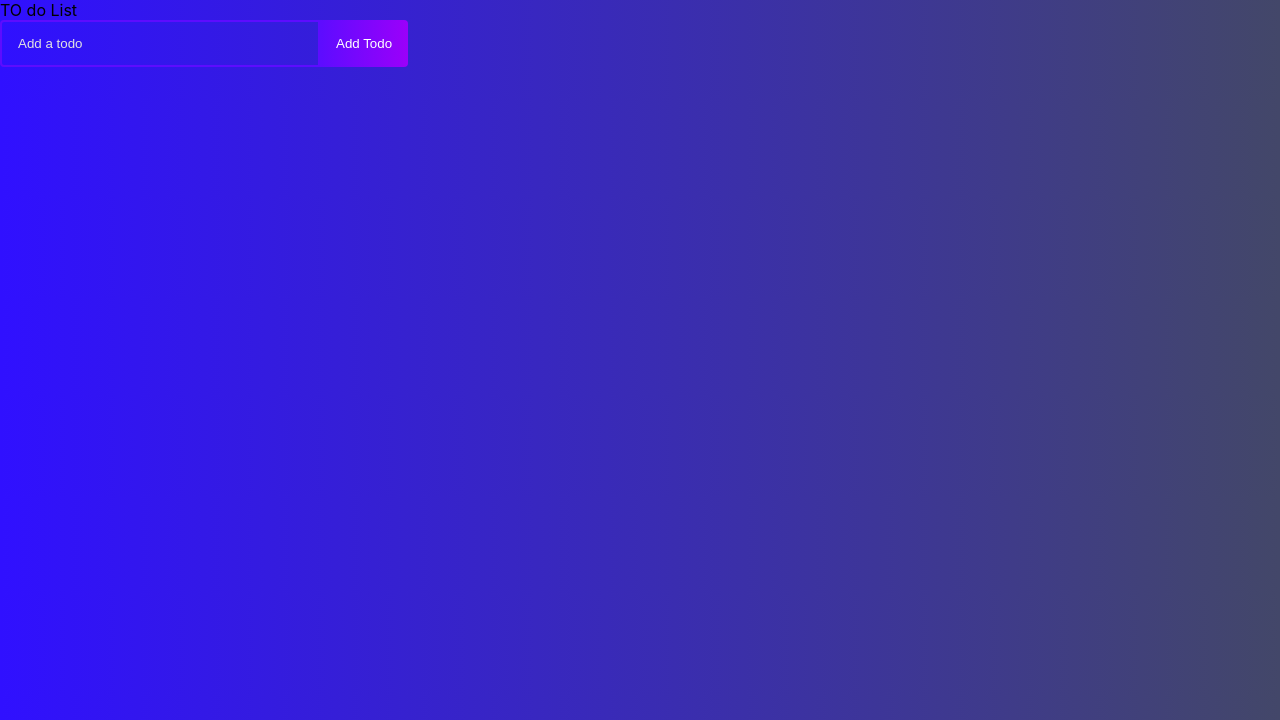
Repository: kirangautam45/ToDoList
Page: /
These files come from the project's save history. The page is drawn as it stood at one moment and after the next save; the edit follows.
The browser window is 1280 px wide. The pictures show the whole page.
The project was rebuilt for these pictures with package versions that can differ from the ones it lists, and the page was loaded fresh each time. Also part of the build but not shown: src/Todo.js.

Above is the page before, as saved 2022-08-06 08:53:26.

### src/App.js
import React, { useState } from "react";
import TodoForm from "./TodoForm";

import Todo from "./Todo";
function App() {
  const [todos, setTodos] = useState([]);

  const addTodo = (todo) => {
    const newTodos = [todo, ...todos];

    setTodos(newTodos);
    console.log(...todos);
  };

  const updateTodo = (todoId, newValue) => {
    setTodos((prev) =>
      prev.map((item) => (item.id === todoId ? newValue : item))
    );
  };

  const removeTodo = (id) => {
    const removedArr = [...todos].filter((todo) => todo.id !== id);

    setTodos(removedArr);
  };

  const completeTodo = (id) => {
    let updatedTodos = todos.map((todo) => {
      if (todo.id === id) {
        todo.isComplete = !todo.isComplete;
      }
      return todo;
    });
    setTodos(updatedTodos);
  };
  return (
    <div>
      <h>TO do List</h>
      <TodoForm onSubmit={addTodo} />
      <Todo
        todos={todos}
        completeTodo={completeTodo}
        removeTodo={removeTodo}
        updateTodo={updateTodo}
      />
    </div>
  );
}

export default App;

### src/TodoForm.js
import React, { useState, useEffect, useRef } from "react";
import "./App.css";

const TodoForm = (props) => {
  const [input, setInput] = useState(props.edit ? props.edit.value : "");

  const inputRef = useRef(null);

  useEffect(() => {
    inputRef.current.focus();
  });

  const handleChange = (e) => {
    setInput(e.target.value);
  };

  const handleSubmit = (e) => {
    e.preventDefault();

    props.onSubmit({
      id: Math.floor(Math.random() * 10000),
      text: input,
    });
    setInput("");
  };
  return (
    <div>
      <form onSubmit={handleSubmit} className="todo-form">
        {props.edit ? (
          <>
            <input
              placeholder="update your item"
              value={input}
              onChange={handleChange}
              name="text"
              ref={inputRef}
              classname="todo-input edit"
            />
            <button onclick={handleSubmit} className="todo-button edit">
              Update
            </button>
          </>
        ) : (
          <>
            <input
              placeholder="Add a todo"
              value={input}
              onChange={handleChange}
              name="text"
              className="todo-input"
              ref={inputRef}
            />
            <button onClick={handleSubmit} className="todo-button">
              Add todo
            </button>
          </>
        )}
      </form>
    </div>
  );
};

export default TodoForm;

### src/App.css
* {
  box-sizing: border-box;
  margin: 0;
  padding: 0;
}

body {
  background: linear-gradient(
    90deg,
    rgba(48, 16, 255, 1) 0%,
    rgb(67, 71, 105) 100%
  );
}
.todo-app {
  display: flex;
  flex-direction: column;
  justify-content: start;
  width: 520px;
  min-height: 600px;
  background: #161a2b;
  text-align: center;
  margin: 128px auto;
  border-radius: 10px;
  padding-bottom: 32px;
}

h1 {
  margin: 32px 0;
  color: #fff;
}

.complete {
  text-decoration: line-through;
  opacity: 0.4;
}

.todo-form {
  margin-bottom: 32px;
}

.todo-input {
  padding: 14px 32px 14px 16px;
  border-radius: 4px 0 0 4px;
  border: 2px solid #5d0cff;
  outline: none;
  width: 320px;
  background: transparent;
  color: #fff;
}

.todo-input::placeholder {
  color: #e2e2e2;
}

.todo-button {
  padding: 16px;
  border: none;
  border-radius: 0 4px 4px 0;
  cursor: pointer;
  outline: none;
  background: linear-gradient(
    90deg,
    rgba(93, 12, 255, 1) 0%,
    rgba(155, 0, 250, 1) 100%
  );
  color: #fff;
  text-transform: capitalize;
}

.todo-input.edit {
  border: 2px solid #149fff;
}

.todo-button.edit {
  background: linear-gradient(
    90deg,
    rgba(20, 159, 255, 1) 0%,
    rgba(17, 122, 255, 1) 100%
  );
  padding: 16px 22px;
}

.todo-container {
  display: flex;
  flex-direction: row;
  position: relative;
}

.todo-row {
  display: flex;
  justify-content: space-between;
  align-items: center;
  margin: 4px auto;
  color: #fff;
  background: linear-gradient(
    90deg,
    rgb(47, 11, 178) 0%,
    rgb(27, 37, 102) 100%
  );

  padding: 16px;
  border-radius: 5px;
  width: 90%;
}



.icons {
  display: flex;
  align-items: center;
  font-size: 24px;
  cursor: pointer;
}

.delete-icon {
  margin-right: 5px;
  color: #fff;
}

.edit-icon {
  color: #fff;
}

Loaded but not shown: public/index.html (common file); src/index.js (common file); src/index.css (common file); src/reportWebVitals.js (common file)

After the next save:
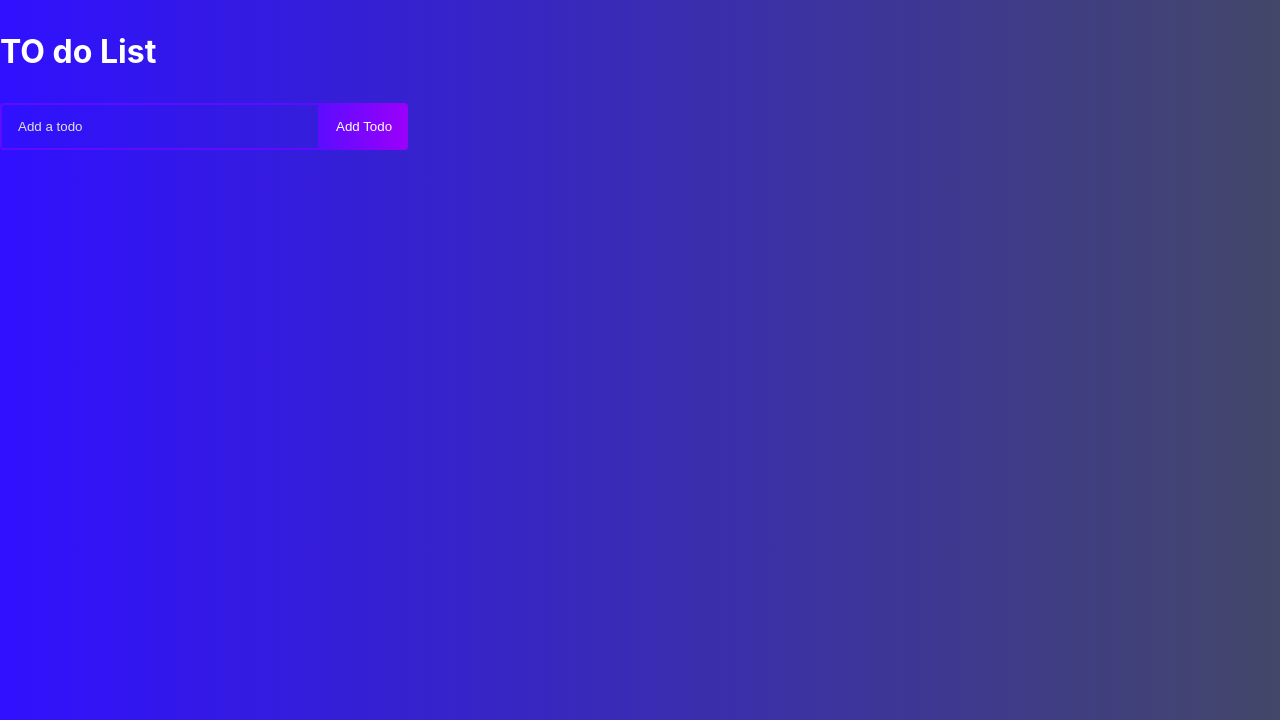
Saved 101 s later.
--- a/src/App.js
+++ b/src/App.js
@@ -35,7 +35,7 @@ function App() {
   };
   return (
     <div>
-      <h>TO do List</h>
+      <h1>TO do List</h1>
       <TodoForm onSubmit={addTodo} />
       <Todo
         todos={todos}
